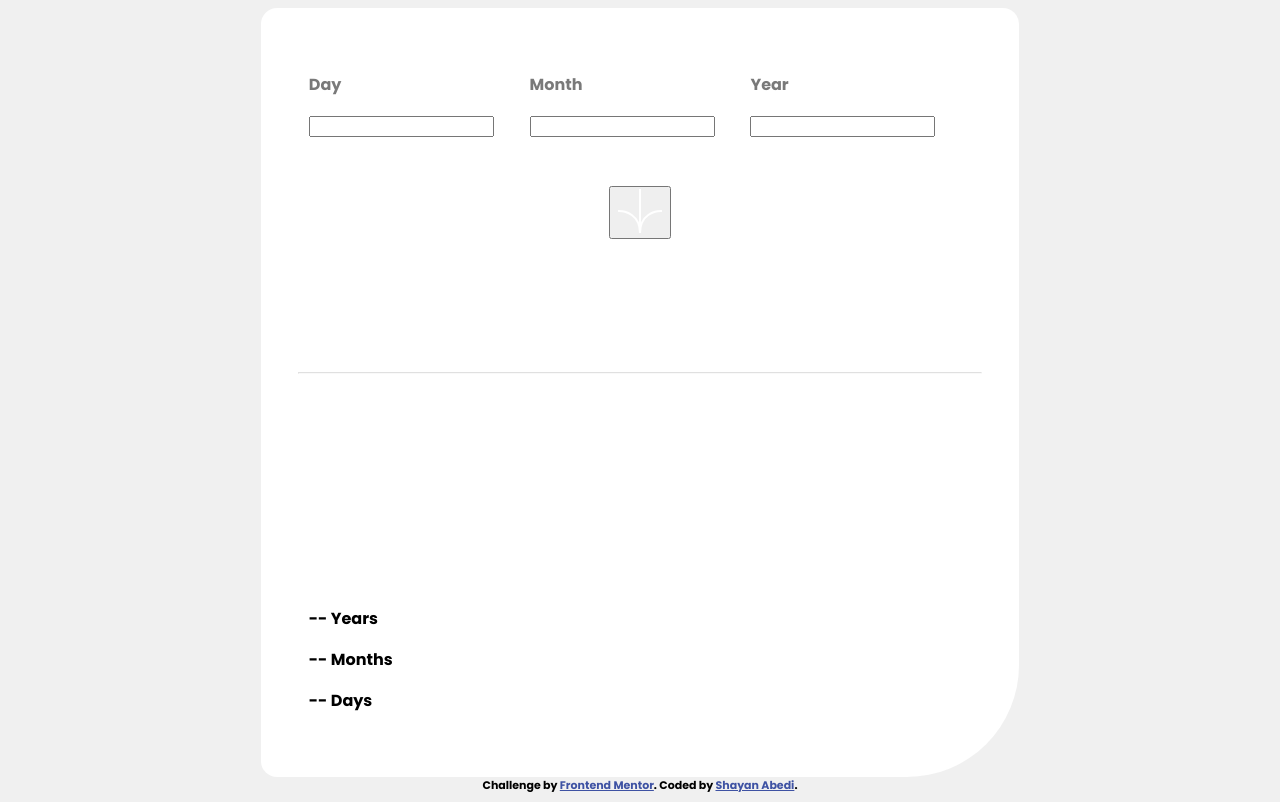
Repository: shayanabedi98/age-calculator
Page: index.html
These files come from the project's save history. The page is drawn as it stood at one moment and after the next save; the edit follows.
The browser window is 1280 px wide. The pictures show the whole page.

Above is the page before, as saved 2023-09-18 19:33:07.

### index.html
<!DOCTYPE html>
<html lang="en">
<head>
  <meta charset="UTF-8">
  <meta name="viewport" content="width=device-width, initial-scale=1.0">
  <link rel="icon" type="image/png" sizes="32x32" href="./assets/images/favicon-32x32.png">
  <link rel="stylesheet" href="styles.css">
  <title>Frontend Mentor | Age calculator app</title>
</head>
<body>

  <div class="grid-container">
    <div class="dob">
      <div class="day">
        <p>Day</p>
        <input type="text">
      </div>
      <div class="month">
        <p>Month</p>
        <input type="text">
      </div>
      <div class="year">
        <p>Year</p>
        <input type="text">
      </div>
    </div>
    <div class="calculate">
      <button><svg xmlns="http://www.w3.org/2000/svg" width="46" height="44" viewBox="0 0 46 44"><g fill="none" stroke="#FFF" stroke-width="2"><path d="M1 22.019C8.333 21.686 23 25.616 23 44M23 44V0M45 22.019C37.667 21.686 23 25.616 23 44"/></g></svg></button>
    </div>
    <div class="line">
      <hr>
    </div>
    <div class="results">
      <p id="age-year"><span>--</span> Years</p>
      <p id="age-month"><span>--</span> Months</p>
      <p id="age-day"><span>--</span> Days</p>
    </div>
  </div>

  <div class="attribution">
    Challenge by <a href="https://www.frontendmentor.io?ref=challenge" target="_blank">Frontend Mentor</a>.
    Coded by <a href="#">Shayan Abedi</a>.
  </div>
  <script src="index.js"></script>
</body>
</html>

### styles.css
@font-face {
    font-family: Poppins-Bold;
    src: url(./assets/fonts/Poppins-Bold.ttf);
}



body {
    font-family: 'Poppins-Bold', sans-serif;
    background-color: rgba(240,240,240,255);
}

.grid-container {
    background-color: white;
    border-radius: 1em 1em 7em 1em;
    text-align: center;
    display: grid;
    grid-template-rows: 1fr 1fr 1fr;
    width: 60%;
    margin-left: 20%;
}

.dob {
    display: grid;
    grid-template-columns: 1fr 1fr 1fr;
    text-align: start;
    padding: 3em;
}

.dob p {
    color: rgba(121,121,121,255);
}

.results {
    text-align: start;
    padding: 3em;
}

hr {
    opacity: 30%;
    width: 90%;
}

.attribution {
    font-size: 11px; text-align: center;
}

.attribution a {
    color: hsl(228, 45%, 44%);
}

Loaded but not shown: index.js (common file)

After the next save:
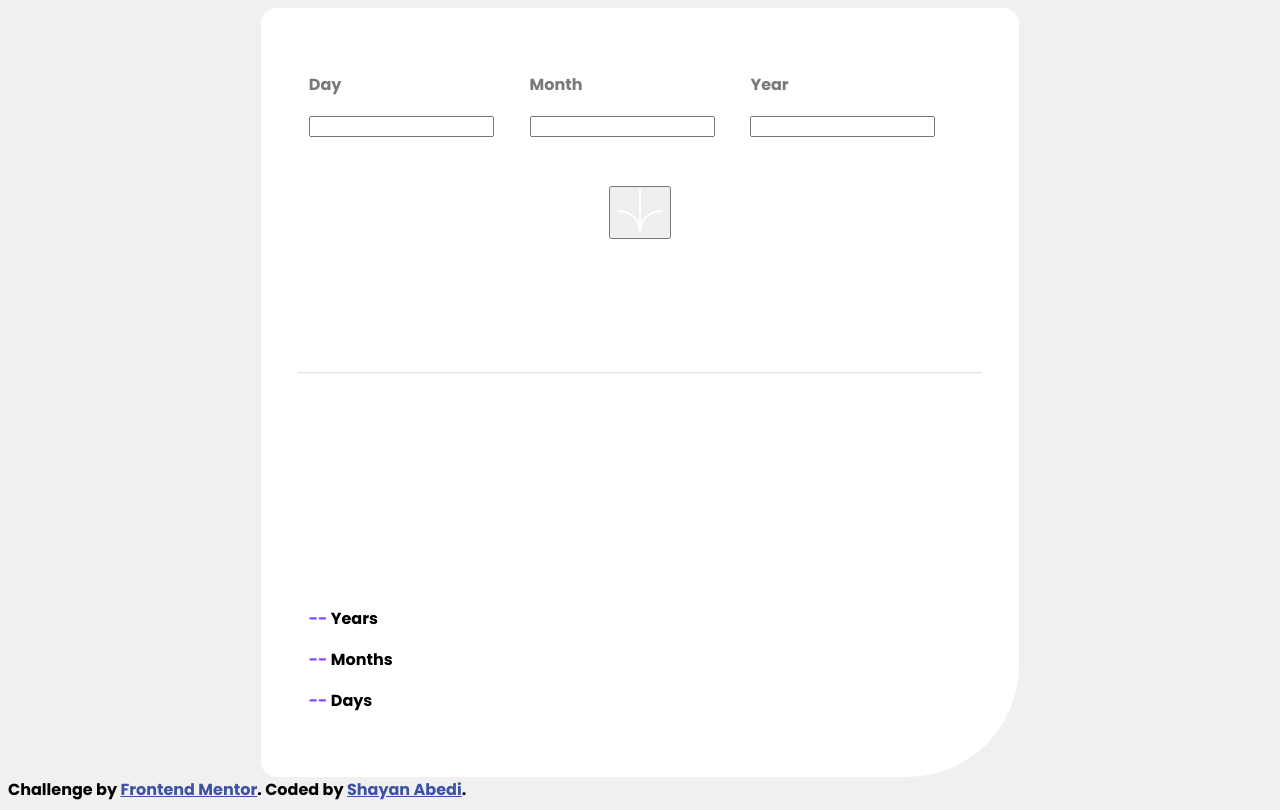
Saved 26 s later.
--- a/styles.css
+++ b/styles.css
@@ -36,10 +36,16 @@ body {
     padding: 3em;
 }
 
+.results span {
+    color: rgba(134,76,255,255);
+}
+
 hr {
     opacity: 30%;
     width: 90%;
 }
+
+.calculate
 
 .attribution {
     font-size: 11px; text-align: center;
